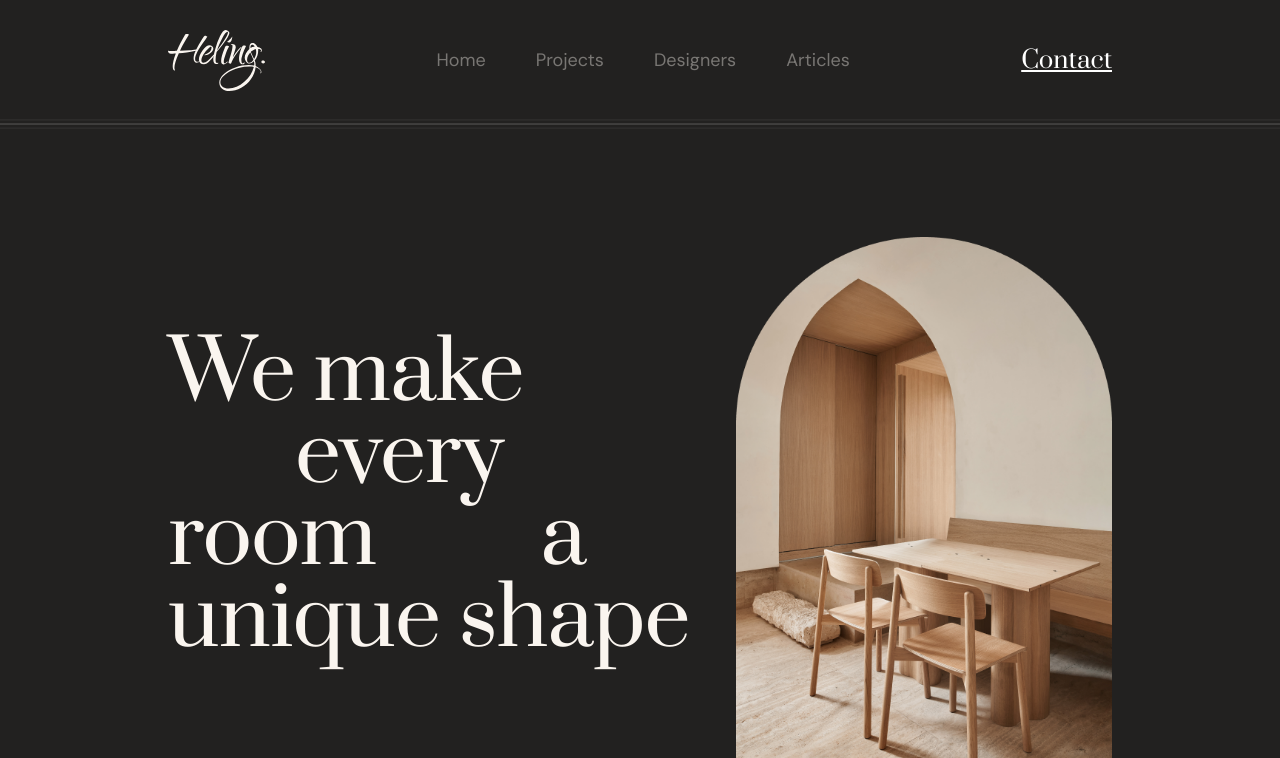
Repository: vandangnhathung/healingui_website
Page: /
The author's editor kept a copy of each file at every save. The page is drawn from the files as they stood at one save, then again after the next save.
The browser window is 1280 px wide. The pictures show the whole page.
The project was rebuilt for these pictures with package versions that can differ from the ones it lists, and the page was loaded fresh each time. Also part of the build but not shown: src/App.css.

Above is the page before, as saved 2022-03-16 13:15:19.

After the next save:
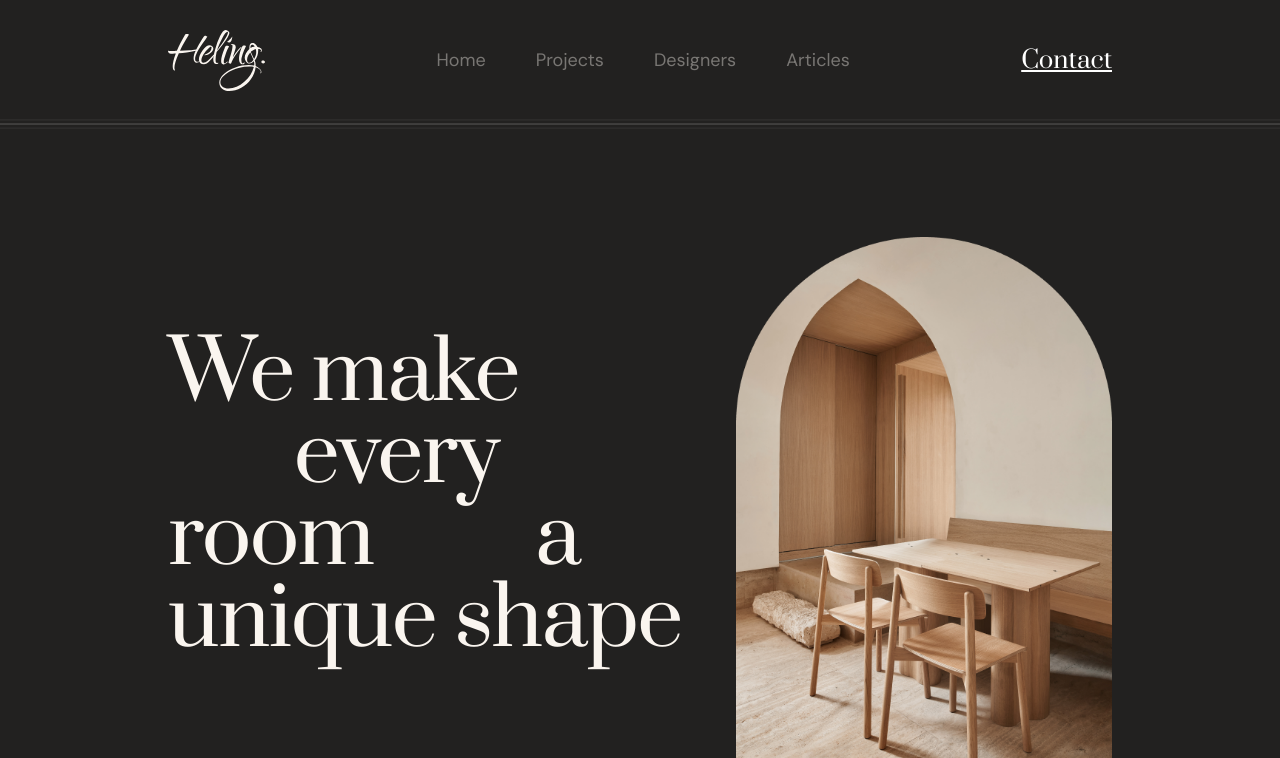
Saved 4 s later.
--- a/src/components/Container/Container.js
+++ b/src/components/Container/Container.js
@@ -16,7 +16,7 @@ const Container = () => {
     gap: 0 32px;
   `;
   const Slogan = styled.h2`
-    letter-spacing: -1px;
+    letter-spacing: -0.02em;
     font-size: 82px;
     line-height: 1;
     font-family: "Prata", serif;
